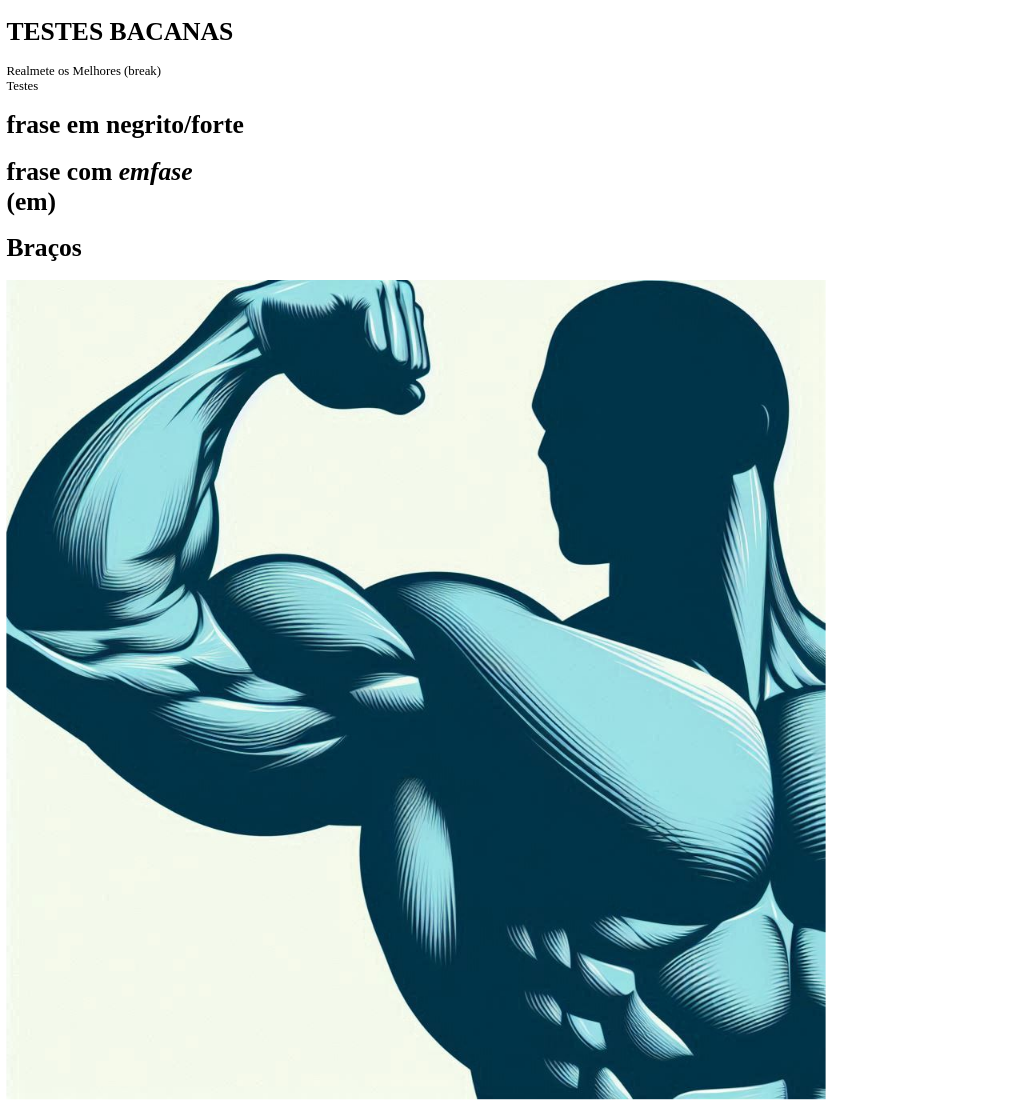
Repository: LuidyOn/Site_Forca_Total
Page: ForçaTotal/teste.html
These files come from the project's save history. The page is drawn as it stood at one moment and after a run of saves; the edit follows.
The browser window is 1280 px wide. The pictures show the whole page, at 80% of full size.

Above is the page before, as saved 2025-05-13 18:50:03.

### ForçaTotal/teste.html
<!DOCTYPE html>
<html lang="pt-br">
<head>
  <meta charset="UTF-8">
  <meta name="viewport" content="width=device-width, initial-scale=1.0">
  <link rel="shortcut icon" href="img/icons/logo.ico" type="image/x-icon">
  <title>Testes Força total</title>
</head>
<body>

<h1>TESTES BACANAS</h1>

  <p>Realmete os Melhores (break)<br> Testes </p>

<H1>frase em <strong>negrito/forte</strong> </H1>

<H1>frase com <em>emfase</em> <br> (em) </H1>

  <h1>Braços</h1>
<img src="img/parteSerior.png" alt="parte superior">

</body>
</html>

After the next 2 saves:
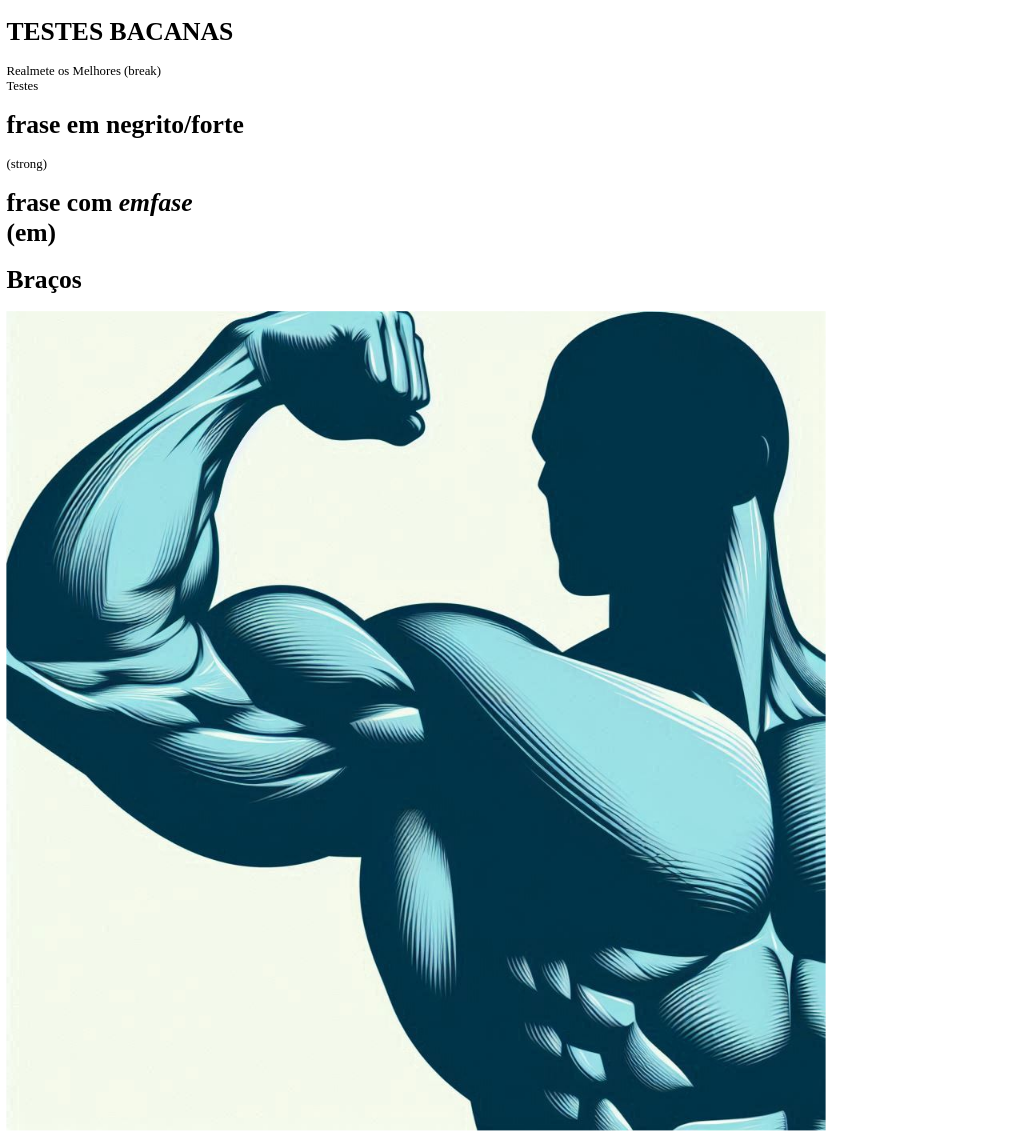
The 2 saves are shown as one change because they came seconds apart.
The last was saved 6 s later.
--- a/ForçaTotal/teste.html
+++ b/ForçaTotal/teste.html
@@ -13,7 +13,7 @@
   <p>Realmete os Melhores (break)<br> Testes </p>
 
 <H1>frase em <strong>negrito/forte</strong> </H1>
-
+<p>(strong) </p>
 <H1>frase com <em>emfase</em> <br> (em) </H1>
 
   <h1>Braços</h1>
